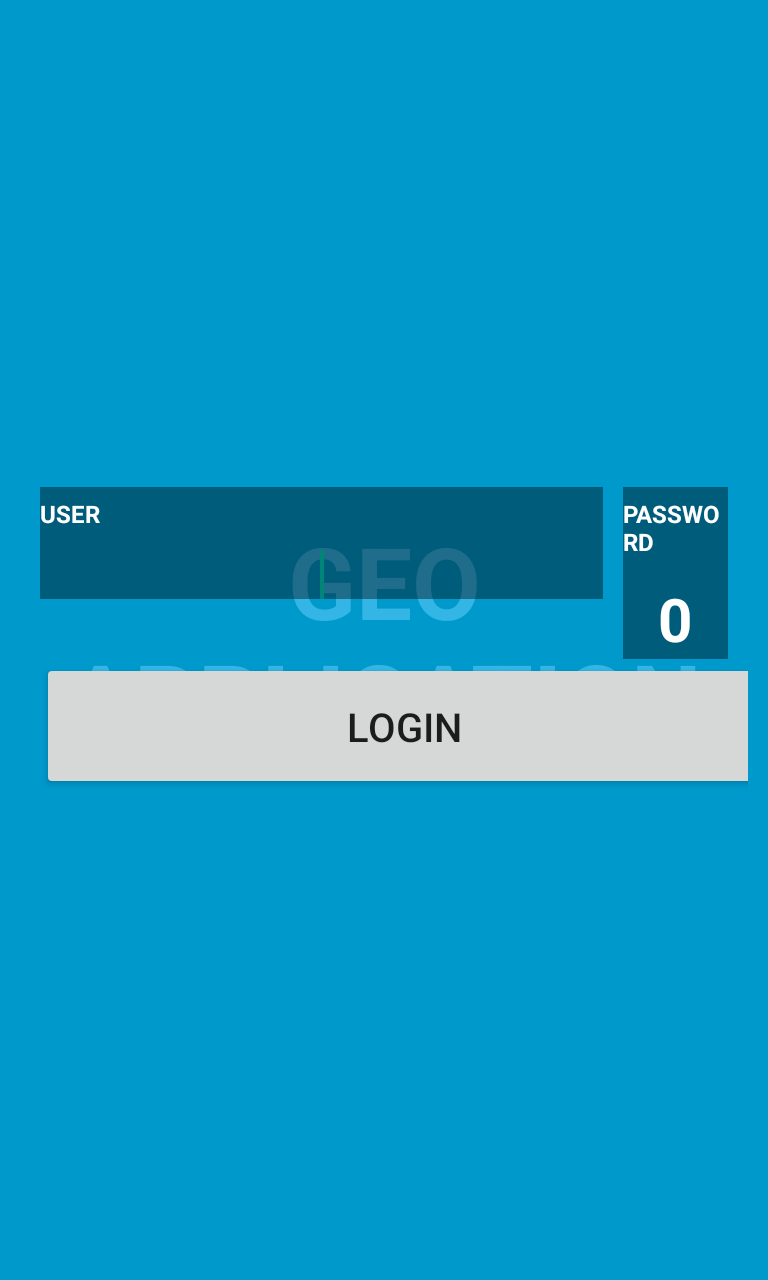
Repository: sebastianR1001/GeoApplication
Layout: GeoApplication/res/layout/login_fullscreen.xml
The author's editor kept a copy of each file at every save. The layout is drawn from the files as they stood at one save, then again after the next save.
It is drawn on a 768 x 1280 px phone screen (xhdpi) without system bars, with theme AppTheme; the app's code is not run.

Above is the layout before, as saved 2014-10-25 18:53:13.

After the next save:
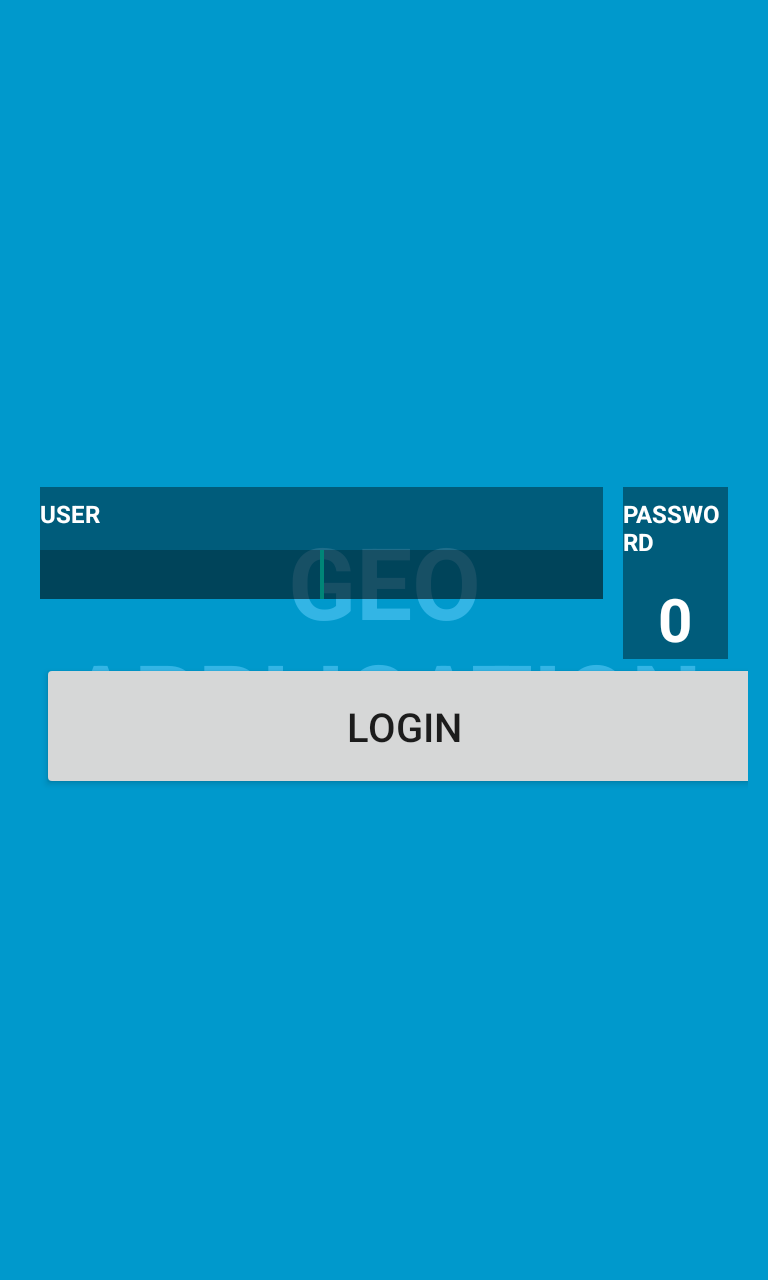
Saved 47 s later.
--- a/GeoApplication/res/values/colors.xml
+++ b/GeoApplication/res/values/colors.xml
@@ -1,6 +1,6 @@
 <resources>
 
     <color name="black_overlay">#66000000</color>
-    <color name="white_overlay">#00000000</color>
+    <color name="white_overlay">#44000000</color>
 
 </resources>
